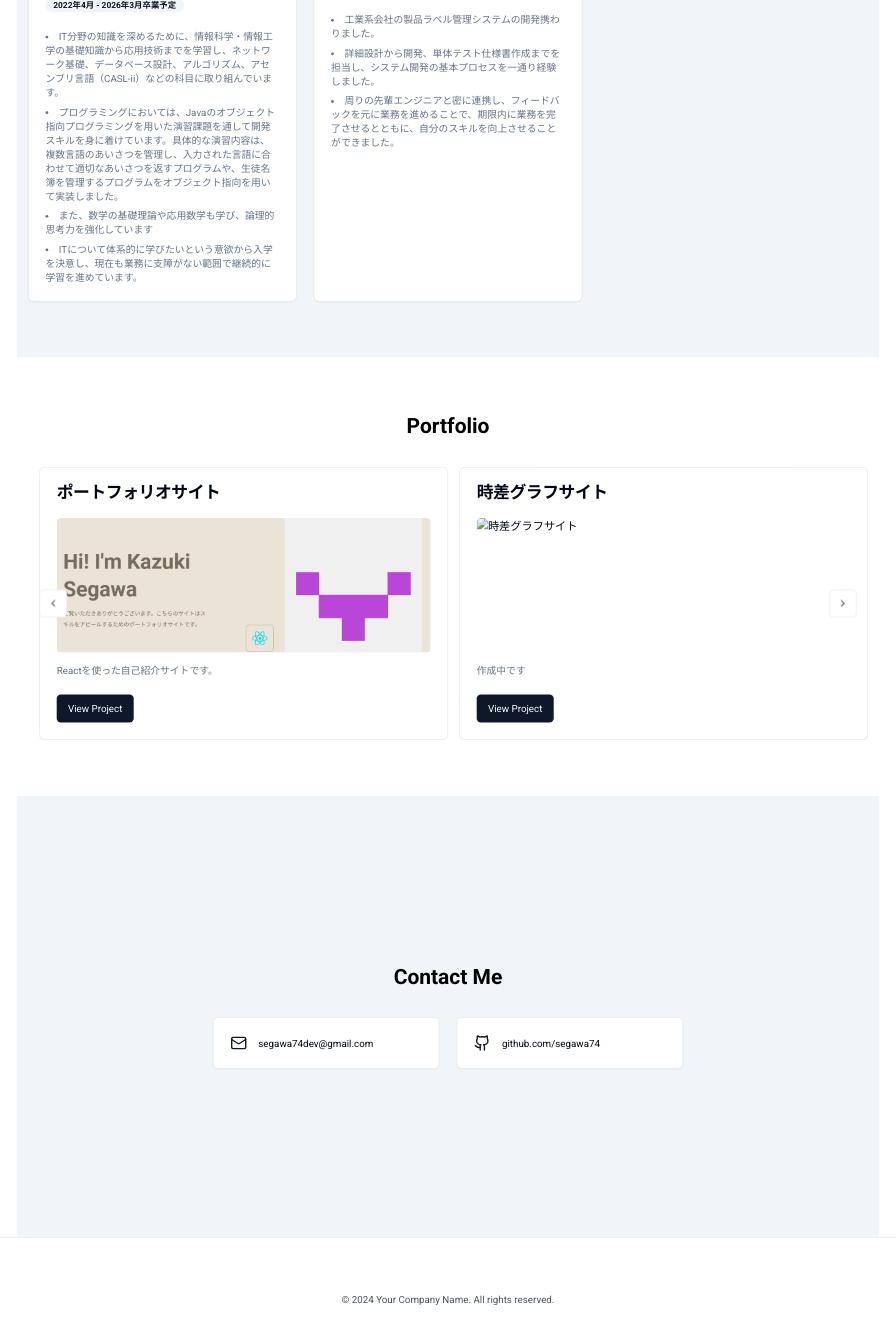
Repository: segawa74/SegawaSite
Page: /
These files come from the project's save history. The page is drawn as it stood at one moment and after the next save; the edit follows.
The browser window is 1280 px wide. The pictures show the part of the page from y = 1380 to 3300 px (the page is 3300 px tall before and 2820 px after), at 70% of full size.
The project was rebuilt for these pictures with package versions that can differ from the ones it lists, and the page was loaded fresh each time. Also part of the build but not shown: vite.config.ts.

Above is the page before, as saved 2024-10-24 11:58:39.

### index.html
<!DOCTYPE html>
<html lang="en">
  <head>
    <meta charset="UTF-8" />
    <link rel="icon" type="image/svg+xml" href="/vite.svg" />
    <link
      href="https://fonts.googleapis.com/css2?family=Roboto:wght@400;700&family=Noto+Sans+JP:wght@400;700&display=swap"
      rel="stylesheet"
    />

    <meta name="viewport" content="width=device-width, initial-scale=1.0" />
    <title>Segawa Site</title>
  </head>
  <body>
    <div id="root"></div>
    <script type="module" src="/src/main.tsx"></script>
  </body>
</html>

### src/main.tsx
import { StrictMode } from "react";
import { createRoot } from "react-dom/client";
import App from "./App.js";
import "./index.css";
import "slick-carousel/slick/slick.css";
import "slick-carousel/slick/slick-theme.css";

const rootElement = document.getElementById("root");

if (rootElement) {
  createRoot(rootElement).render(
    <StrictMode>
      <App />
    </StrictMode>
  );
} else {
  console.error("Root element not found");
}

### src/App.tsx
import "./App.css";
import Hero from "./components/Hero/Hero";
import Navbar from "./components/Navbar/Navbar";
import Skills from "./components/Skills/Skills";
import Experience from "./components/Experience/Experience";
import Portfolio from "./components/Portfolio/Portfolio";
import ContactMe from "./components/ContactMe/ContactMe";
import Footer from "./components/Footer/Footer";

function App() {
  return (
    <>
      <Navbar />
      <div className="container">
        <Hero />
        <Skills />
        <Experience />
        <Portfolio />
        <ContactMe />
      </div>
      <Footer />
    </>
  );
}

export default App;

### src/index.css
@import url("https://fonts.googleapis.com/css2?family=Material+Symbols+Outlined");

@tailwind base;
@tailwind components;
@tailwind utilities;

* {
  font-family: Roboto, 'Noto Sans JP', sans-serif;
  margin: 0;
  box-sizing: border-box;
}

body {

  color: #000000;
  background-color: #ffffff;
}

@layer base {
  :root {
    --background: 0 0% 100%;
    --foreground: 222.2 84% 4.9%;
    --card: 0 0% 100%;
    --card-foreground: 222.2 84% 4.9%;
    --popover: 0 0% 100%;
    --popover-foreground: 222.2 84% 4.9%;
    --primary: 222.2 47.4% 11.2%;
    --primary-foreground: 210 40% 98%;
    --secondary: 210 40% 96.1%;
    --secondary-foreground: 222.2 47.4% 11.2%;
    --muted: 210 40% 96.1%;
    --muted-foreground: 215.4 16.3% 46.9%;
    --accent: 210 40% 96.1%;
    --accent-foreground: 222.2 47.4% 11.2%;
    --destructive: 0 84.2% 60.2%;
    --destructive-foreground: 210 40% 98%;
    --border: 214.3 31.8% 91.4%;
    --input: 214.3 31.8% 91.4%;
    --ring: 222.2 84% 4.9%;
    --chart-1: 12 76% 61%;
    --chart-2: 173 58% 39%;
    --chart-3: 197 37% 24%;
    --chart-4: 43 74% 66%;
    --chart-5: 27 87% 67%;
    --radius: 0.5rem;
  }

  .dark {
    --background: 222.2 84% 4.9%;
    --foreground: 210 40% 98%;
    --card: 222.2 84% 4.9%;
    --card-foreground: 210 40% 98%;
    --popover: 222.2 84% 4.9%;
    --popover-foreground: 210 40% 98%;
    --primary: 210 40% 98%;
    --primary-foreground: 222.2 47.4% 11.2%;
    --secondary: 217.2 32.6% 17.5%;
    --secondary-foreground: 210 40% 98%;
    --muted: 217.2 32.6% 17.5%;
    --muted-foreground: 215 20.2% 65.1%;
    --accent: 217.2 32.6% 17.5%;
    --accent-foreground: 210 40% 98%;
    --destructive: 0 62.8% 30.6%;
    --destructive-foreground: 210 40% 98%;
    --border: 217.2 32.6% 17.5%;
    --input: 217.2 32.6% 17.5%;
    --ring: 212.7 26.8% 83.9%;
    --chart-1: 220 70% 50%;
    --chart-2: 160 60% 45%;
    --chart-3: 30 80% 55%;
    --chart-4: 280 65% 60%;
    --chart-5: 340 75% 55%;
  }
}

@layer base {
  * {
    @apply border-border;
  }

  body {
    @apply bg-background text-foreground;
  }
}

### src/App.css
.container {
  max-width: 1300px !important;
  margin: 0 auto;
  position: relative;
}

@media (max-width: 1300px) {
  .container {
    padding: 0 1.5rem;
  }
}

@media (max-width: 1380px) {
  .container {
    padding: 0 1.5rem;
  }
}

### src/components/Hero/Hero.tsx
import { Button } from "@/components/ui/button";
import { motion } from "framer-motion";

const techIcons = [
  { src: "/assets/images/img01.png", alt: "Technology 1" },
  { src: "/assets/images/img02.png", alt: "Technology 2" },
  { src: "/assets/images/img03.png", alt: "Technology 3" },
  { src: "/assets/images/img04.png", alt: "Technology 4" },
];

const Hero: React.FC = () => {
  return (
    <section id="hero" className="py-20 md:py-32 bg-background">
      <div className="container mx-auto px-4 flex flex-col md:flex-row items-center justify-between">
        <motion.div
          initial={{ opacity: 0, y: 20 }}
          animate={{ opacity: 1, y: 0 }}
          transition={{ duration: 0.5 }}
          className="md:w-1/2 mb-10 md:mb-0"
        >
          <h1 className="text-4xl md:text-5xl font-bold mb-4 text-foreground">
            Hi! I&apos;m Kazuki Segawa
          </h1>
          <p className="text-lg mb-6 text-muted-foreground">
            ご覧いただきありがとうございます。こちらのサイトはスキルをアピールするためのポートフォリオサイトです。
          </p>
          <Button asChild>
            <a href="#contact">お問い合わせ</a>
          </Button>
        </motion.div>

        <motion.div
          initial={{ opacity: 0, scale: 0.9 }}
          animate={{ opacity: 1, scale: 1 }}
          transition={{ duration: 0.5 }}
          className="md:w-1/2 flex flex-col items-center"
        >
          <div className="relative mb-8">
            <img
              src="/assets/images/identicon.png"
              alt="Kazuki Segawa"
              className="w-48 h-48 rounded-full shadow-lg"
            />
          </div>
          <div className="grid grid-cols-4 gap-4">
            {techIcons.map((icon, index) => (
              <motion.div
                key={index}
                initial={{ opacity: 0, y: 20 }}
                animate={{ opacity: 1, y: 0 }}
                transition={{ duration: 0.5, delay: index * 0.1 }}
              >
                <img
                  src={icon.src}
                  alt={icon.alt}
                  className="w-12 h-12 object-contain"
                />
              </motion.div>
            ))}
          </div>
        </motion.div>
      </div>
    </section>
  );
};

export default Hero;

### src/components/Navbar/Navbar.tsx
"use client";

import React from "react";
import { Link } from "react-scroll";
import { Menu } from "lucide-react";
import { Button } from "@/components/ui/button";
import { Sheet, SheetContent, SheetTrigger } from "@/components/ui/sheet";
import { cn } from "@/lib/utils";

const menuItems = [
  { name: "Home", to: "hero", offset: -80 },
  { name: "Skills", to: "skills", offset: -120 },
  { name: "Experience", to: "exp", offset: -100 },
  { name: "Portfolio", to: "pf", offset: -100 },
  { name: "Contact Me", to: "contact-me", offset: -100 },
];

export function NavBar() {
  const [activeSection, setActiveSection] = React.useState("");

  const handleSetActive = (to: string) => {
    setActiveSection(to);
  };

  return (
    <nav className="sticky top-0 z-30 w-full backdrop-blur-sm bg-background/80 border-b border-border">
      <div className="container flex h-16 items-center justify-between">
        <div className="flex items-center space-x-4 hidden md:flex">
          {menuItems.map((item) => (
            <Link
              key={item.to}
              activeClass="text-primary font-semibold"
              to={item.to}
              spy={true}
              smooth={true}
              offset={item.offset}
              onSetActive={() => handleSetActive(item.to)}
              className={cn(
                "text-sm font-medium transition-colors hover:text-primary",
                activeSection === item.to
                  ? "text-primary font-semibold"
                  : "text-muted-foreground"
              )}
            >
              {item.name}
            </Link>
          ))}
        </div>
        <Sheet>
          <SheetTrigger asChild>
            <Button variant="outline" size="icon" className="md:hidden ml-auto">
              <Menu className="h-5 w-5" />
              <span className="sr-only">Toggle menu</span>
            </Button>
          </SheetTrigger>
          <SheetContent side="right">
            <MobileNav />
          </SheetContent>
        </Sheet>
      </div>
    </nav>
  );
}

function MobileNav() {
  return (
    <div className="flex flex-col space-y-4 mt-4">
      {menuItems.map((item) => (
        <Link
          key={item.to}
          to={item.to}
          spy={true}
          smooth={true}
          offset={item.offset}
          className="text-sm font-medium transition-colors hover:text-primary"
        >
          {item.name}
        </Link>
      ))}
    </div>
  );
}

export default NavBar;

### src/components/Experience/Experience.tsx
import { EXPERIENCE } from "../../utils/data";
import ExperienceCard from "./ExperienceCard/ExperienceCard";

const Experience: React.FC = () => {
  return (
    <section id="exp" className="py-20 bg-muted">
      <div className="container mx-auto px-4">
        <h2 className="text-3xl font-bold text-center mb-10">Experience</h2>
        <div className="grid gap-6 md:grid-cols-2 lg:grid-cols-3">
          {EXPERIENCE.map((item, index) => (
            <ExperienceCard key={index} details={item} />
          ))}
        </div>
      </div>
    </section>
  );
};

export default Experience;

### src/components/Portfolio/Portfolio.tsx
import * as React from "react";
import {
  Card,
  CardContent,
  CardFooter,
  CardHeader,
  CardTitle,
} from "@/components/ui/card";
import { Button } from "@/components/ui/button";
import { ChevronLeft, ChevronRight } from "lucide-react";
import useEmblaCarousel from "embla-carousel-react";
import { PORTFOLIO } from "../../utils/data";

interface PortfolioItem {
  title: string;
  link: string;
  img: string;
  comment?: string;
}

const Portfolio = () => {
  const [emblaRef, emblaApi] = useEmblaCarousel({ loop: false });

  const scrollPrev = React.useCallback(() => {
    if (emblaApi) emblaApi.scrollPrev();
  }, [emblaApi]);

  const scrollNext = React.useCallback(() => {
    if (emblaApi) emblaApi.scrollNext();
  }, [emblaApi]);

  return (
    <section id="pf" className="py-20 bg-background">
      <div className="container mx-auto px-4">
        <h2 className="text-3xl font-bold text-center mb-10">Portfolio</h2>
        <div className="relative">
          <div className="overflow-hidden" ref={emblaRef}>
            <div className="flex">
              {PORTFOLIO.map((item, index) => (
                <div
                  key={index}
                  className="flex-[0_0_100%] min-w-0 pl-4 md:flex-[0_0_50%]"
                >
                  <PortfolioCard details={item} />
                </div>
              ))}
            </div>
          </div>
          <Button
            variant="outline"
            size="icon"
            className="absolute top-1/2 left-4 -translate-y-1/2"
            onClick={scrollPrev}
          >
            <ChevronLeft className="h-4 w-4" />
          </Button>
          <Button
            variant="outline"
            size="icon"
            className="absolute top-1/2 right-4 -translate-y-1/2"
            onClick={scrollNext}
          >
            <ChevronRight className="h-4 w-4" />
          </Button>
        </div>
      </div>
    </section>
  );
};

function PortfolioCard({ details }: { details: PortfolioItem }) {
  return (
    <Card className="h-full">
      <CardHeader>
        <CardTitle>{details.title}</CardTitle>
      </CardHeader>
      <CardContent>
        <img
          src={details.img}
          alt={details.title}
          className="w-full h-48 object-cover rounded-md"
        />
        {details.comment && (
          <p className="mt-4 text-sm text-muted-foreground">
            {details.comment}
          </p>
        )}
      </CardContent>
      <CardFooter>
        <Button asChild>
          <a href={details.link} target="_blank" rel="noopener noreferrer">
            View Project
          </a>
        </Button>
      </CardFooter>
    </Card>
  );
}
export default Portfolio;

### src/components/ContactMe/ContactMe.tsx
import React from "react";
import { Mail, Github } from "lucide-react";
import ContactInfoCard from "./ContactInfoCard/ContactInfoCard";

const ContactMe: React.FC = () => {
  return (
    <section id="contact-me" className="py-60 bg-muted">
      <div className="container mx-auto px-4">
        <h2 className="text-3xl font-bold text-center mb-10">Contact Me</h2>
        <div className="grid gap-6 md:grid-cols-2 max-w-2xl mx-auto">
          <ContactInfoCard
            icon={<Mail className="w-6 h-6" />}
            text="segawa74dev@gmail.com"
            href="mailto:segawa74dev@gmail.com"
          />
          <ContactInfoCard
            icon={<Github className="w-6 h-6" />}
            text="github.com/segawa74"
            href="https://github.com/segawa74"
          />
        </div>
      </div>
    </section>
  );
};

export default ContactMe;

### src/components/Footer/Footer.tsx
import { Separator } from "@/components/ui/separator";

const Footer: React.FC = () => {
  return (
    <footer className="bg-white text-gray-600">
      <Separator className="mb-6" />
      <div className="container mx-auto px-4 py-8">
        <div className="flex justify-center items-center h-16">
          <p className="text-sm">
            &copy; 2024 Your Company Name. All rights reserved.
          </p>
        </div>
      </div>
    </footer>
  );
};

export default Footer;

### src/components/ui/button.tsx
import * as React from "react"
import { Slot } from "@radix-ui/react-slot"
import { cva, type VariantProps } from "class-variance-authority"

import { cn } from "@/lib/utils"

const buttonVariants = cva(
  "inline-flex items-center justify-center gap-2 whitespace-nowrap rounded-md text-sm font-medium ring-offset-background transition-colors focus-visible:outline-none focus-visible:ring-2 focus-visible:ring-ring focus-visible:ring-offset-2 disabled:pointer-events-none disabled:opacity-50 [&_svg]:pointer-events-none [&_svg]:size-4 [&_svg]:shrink-0",
  {
    variants: {
      variant: {
        default: "bg-primary text-primary-foreground hover:bg-primary/90",
        destructive:
          "bg-destructive text-destructive-foreground hover:bg-destructive/90",
        outline:
          "border border-input bg-background hover:bg-accent hover:text-accent-foreground",
        secondary:
          "bg-secondary text-secondary-foreground hover:bg-secondary/80",
        ghost: "hover:bg-accent hover:text-accent-foreground",
        link: "text-primary underline-offset-4 hover:underline",
      },
      size: {
        default: "h-10 px-4 py-2",
        sm: "h-9 rounded-md px-3",
        lg: "h-11 rounded-md px-8",
        icon: "h-10 w-10",
      },
    },
    defaultVariants: {
      variant: "default",
      size: "default",
    },
  }
)

export interface ButtonProps
  extends React.ButtonHTMLAttributes<HTMLButtonElement>,
    VariantProps<typeof buttonVariants> {
  asChild?: boolean
}

const Button = React.forwardRef<HTMLButtonElement, ButtonProps>(
  ({ className, variant, size, asChild = false, ...props }, ref) => {
    const Comp = asChild ? Slot : "button"
    return (
      <Comp
        className={cn(buttonVariants({ variant, size, className }))}
        ref={ref}
        {...props}
      />
    )
  }
)
Button.displayName = "Button"

export { Button, buttonVariants }

### src/components/ui/card.tsx
import * as React from "react"

import { cn } from "@/lib/utils"

const Card = React.forwardRef<
  HTMLDivElement,
  React.HTMLAttributes<HTMLDivElement>
>(({ className, ...props }, ref) => (
  <div
    ref={ref}
    className={cn(
      "rounded-lg border bg-card text-card-foreground shadow-sm",
      className
    )}
    {...props}
  />
))
Card.displayName = "Card"

const CardHeader = React.forwardRef<
  HTMLDivElement,
  React.HTMLAttributes<HTMLDivElement>
>(({ className, ...props }, ref) => (
  <div
    ref={ref}
    className={cn("flex flex-col space-y-1.5 p-6", className)}
    {...props}
  />
))
CardHeader.displayName = "CardHeader"

const CardTitle = React.forwardRef<
  HTMLParagraphElement,
  React.HTMLAttributes<HTMLHeadingElement>
>(({ className, ...props }, ref) => (
  <h3
    ref={ref}
    className={cn(
      "text-2xl font-semibold leading-none tracking-tight",
      className
    )}
    {...props}
  />
))
CardTitle.displayName = "CardTitle"

const CardDescription = React.forwardRef<
  HTMLParagraphElement,
  React.HTMLAttributes<HTMLParagraphElement>
>(({ className, ...props }, ref) => (
  <p
    ref={ref}
    className={cn("text-sm text-muted-foreground", className)}
    {...props}
  />
))
CardDescription.displayName = "CardDescription"

const CardContent = React.forwardRef<
  HTMLDivElement,
  React.HTMLAttributes<HTMLDivElement>
>(({ className, ...props }, ref) => (
  <div ref={ref} className={cn("p-6 pt-0", className)} {...props} />
))
CardContent.displayName = "CardContent"

const CardFooter = React.forwardRef<
  HTMLDivElement,
  React.HTMLAttributes<HTMLDivElement>
>(({ className, ...props }, ref) => (
  <div
    ref={ref}
    className={cn("flex items-center p-6 pt-0", className)}
    {...props}
  />
))
CardFooter.displayName = "CardFooter"

export { Card, CardHeader, CardFooter, CardTitle, CardDescription, CardContent }

### src/components/ui/badge.tsx
import * as React from "react"
import { cva, type VariantProps } from "class-variance-authority"

import { cn } from "@/lib/utils"

const badgeVariants = cva(
  "inline-flex items-center rounded-full border px-2.5 py-0.5 text-xs font-semibold transition-colors focus:outline-none focus:ring-2 focus:ring-ring focus:ring-offset-2",
  {
    variants: {
      variant: {
        default:
          "border-transparent bg-primary text-primary-foreground hover:bg-primary/80",
        secondary:
          "border-transparent bg-secondary text-secondary-foreground hover:bg-secondary/80",
        destructive:
          "border-transparent bg-destructive text-destructive-foreground hover:bg-destructive/80",
        outline: "text-foreground",
      },
    },
    defaultVariants: {
      variant: "default",
    },
  }
)

export interface BadgeProps
  extends React.HTMLAttributes<HTMLDivElement>,
    VariantProps<typeof badgeVariants> {}

function Badge({ className, variant, ...props }: BadgeProps) {
  return (
    <div className={cn(badgeVariants({ variant }), className)} {...props} />
  )
}

export { Badge, badgeVariants }

### src/utils/data.ts
interface Skill {
  skill: string;
  skillLevel: string;
  percentage: string;
}

interface SkillSection {
  title: string;
  icon: string;
  skills: Skill[];
}

interface Experience {
  title: string;
  date: string;
  responsibilities: string[];
}

interface PortfolioItem {
  title: string;
  link: string;
  img: string;
  comment?: string;
}

export const SKILLS: SkillSection[] = [
  {
    title: "Frontend",
    icon: "./assets/images/frontend-icon.svg",
    skills: [
      { skill: "HTML5", skillLevel: "Entry", percentage: "40%" },
      { skill: "CSS3", skillLevel: "Entry", percentage: "40%" },
      { skill: "JavaScript", skillLevel: "Entry", percentage: "40%" },
      { skill: "React.js", skillLevel: "Studying", percentage: "20%" },
    ],
  },
  {
    title: "Backend",
    icon: "./assets/images/backend-icon.svg",
    skills: [
      { skill: "Node.js", skillLevel: "Studying", percentage: "20%" },
      { skill: "Express.js", skillLevel: "Studying", percentage: "20%" },
      { skill: "Java", skillLevel: "Entry", percentage: "40%" },
    ],
  },
  {
    title: "Data Base",
    icon: "./assets/images/database-icon.svg",
    skills: [
      { skill: "PostgreSQL", skillLevel: "Entry", percentage: "40%" },
      { skill: "MongoDB", skillLevel: "Entry", percentage: "40%" },
      { skill: "Oracle", skillLevel: "Entry", percentage: "40%" },
    ],
  },
  {
    title: "Tools",
    icon: "./assets/images/tools-icon.svg",
    skills: [
      { skill: "Git & GitHub", skillLevel: "Studying", percentage: "20%" },
      { skill: "Visual Studio Code", skillLevel: "Entry", percentage: "40%" },
      { skill: "Eclipse", skillLevel: "Entry", percentage: "40%" },
    ],
  },
];

export const EXPERIENCE: Experience[] = [
  {
    title: "帝京大学情報科学科通信教育課程",
    date: "2022年4月 - 2026年3月卒業予定",
    responsibilities: [
      "IT分野の知識を深めるために、情報科学・情報工学の基礎知識から応用技術までを学習し、ネットワーク基礎、データベース設計、アルゴリズム、アセンブリ言語（CASL-ii）などの科目に取り組んでいます。",
      "プログラミングにおいては、Javaのオブジェクト指向プログラミングを用いた演習課題を通して開発スキルを身に着けています。具体的な演習内容は、複数言語のあいさつを管理し、入力された言語に合わせて適切なあいさつを返すプログラムや、生徒名簿を管理するプログラムをオブジェクト指向を用いて実装しました。",
      "また、数学の基礎理論や応用数学も学び、論理的思考力を強化しています",
      "ITについて体系的に学びたいという意欲から入学を決意し、現在も業務に支障がない範囲で継続的に学習を進めています。",
    ],
  },
  {
    title: "工業系システム開発(Java)",
    date: "2024年8月 - 2024年10月",
    responsibilities: [
      "工業系会社の製品ラベル管理システムの開発携わりました。",
      "詳細設計から開発、単体テスト仕様書作成までを担当し、システム開発の基本プロセスを一通り経験しました。",
      "周りの先輩エンジニアと密に連携し、フィードバックを元に業務を進めることで、期限内に業務を完了させるとともに、自分のスキルを向上させることができました。",
    ],
  },
];

export const PORTFOLIO: PortfolioItem[] = [
  {
    title: "ポートフォリオサイト",
    link: "#",
    img: "./assets/images/site-01.png",
    comment: "Reactを使った自己紹介サイトです。",
  },
  {
    title: "時差グラフサイト",
    link: "#",
    img: "#",
    comment: "作成中です",
  },
];

### src/components/Experience/ExperienceCard/ExperienceCard.tsx
import { Card, CardContent, CardHeader, CardTitle } from "@/components/ui/card";
import { Badge } from "@/components/ui/badge";

interface ExperienceDetails {
  title: string;
  date: string;
  responsibilities: string[];
}

const ExperienceCard: React.FC<{ details: ExperienceDetails }> = ({
  details,
}) => {
  return (
    <Card className="h-full">
      <CardHeader>
        <CardTitle>{details.title}</CardTitle>
        <Badge variant="secondary" className="w-fit">
          {details.date}
        </Badge>
      </CardHeader>
      <CardContent>
        <ul className="list-disc list-inside space-y-2">
          {details.responsibilities.map((item, index) => (
            <li key={index} className="text-sm text-muted-foreground">
              {item}
            </li>
          ))}
        </ul>
      </CardContent>
    </Card>
  );
};

export default ExperienceCard;

### src/components/ContactMe/ContactInfoCard/ContactInfoCard.tsx
import React from "react";
import { Card, CardContent } from "@/components/ui/card";

interface ContactInfoCardProps {
  icon: React.ReactNode;
  text: string;
  href: string;
}

const ContactInfoCard: React.FC<ContactInfoCardProps> = ({
  icon,
  text,
  href,
}) => {
  return (
    <Card>
      <CardContent className="flex items-center p-6">
        <div className="mr-4 text-primary">{icon}</div>
        <a
          href={href}
          target="_blank"
          rel="noopener noreferrer"
          className="text-sm hover:underline"
        >
          {text}
        </a>
      </CardContent>
    </Card>
  );
};

export default ContactInfoCard;

### src/components/ui/separator.tsx
import * as React from "react"
import * as SeparatorPrimitive from "@radix-ui/react-separator"

import { cn } from "@/lib/utils"

const Separator = React.forwardRef<
  React.ElementRef<typeof SeparatorPrimitive.Root>,
  React.ComponentPropsWithoutRef<typeof SeparatorPrimitive.Root>
>(
  (
    { className, orientation = "horizontal", decorative = true, ...props },
    ref
  ) => (
    <SeparatorPrimitive.Root
      ref={ref}
      decorative={decorative}
      orientation={orientation}
      className={cn(
        "shrink-0 bg-border",
        orientation === "horizontal" ? "h-[1px] w-full" : "h-full w-[1px]",
        className
      )}
      {...props}
    />
  )
)
Separator.displayName = SeparatorPrimitive.Root.displayName

export { Separator }

Loaded but not shown: src/lib/utils.ts (common file); tailwind.config.js (57 lines, source omitted); src/components/ui/sheet.tsx (138 lines, source omitted); src/components/Skills/Skills.tsx (101 lines, source omitted)

After the next save:
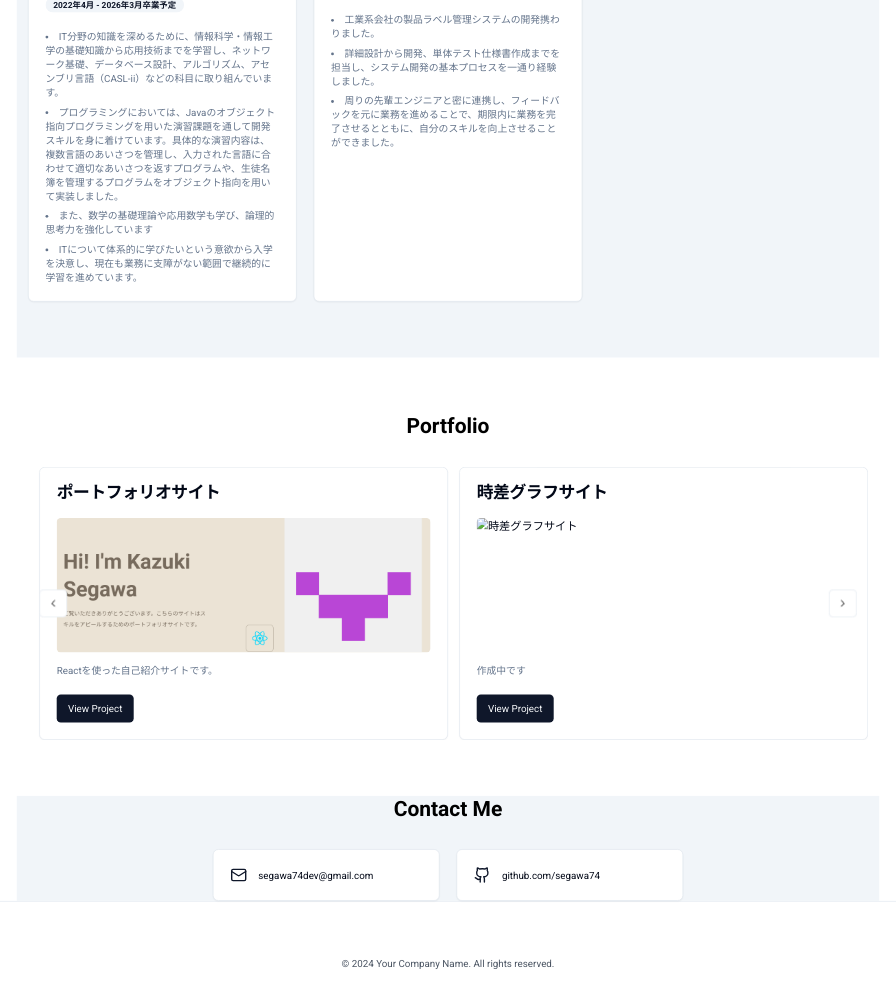
Saved 16 s later.
--- a/src/components/ContactMe/ContactMe.tsx
+++ b/src/components/ContactMe/ContactMe.tsx
@@ -4,7 +4,7 @@ import ContactInfoCard from "./ContactInfoCard/ContactInfoCard";
 
 const ContactMe: React.FC = () => {
   return (
-    <section id="contact-me" className="py-60 bg-muted">
+    <section id="contact-me" className="py-50 bg-muted">
       <div className="container mx-auto px-4">
         <h2 className="text-3xl font-bold text-center mb-10">Contact Me</h2>
         <div className="grid gap-6 md:grid-cols-2 max-w-2xl mx-auto">
